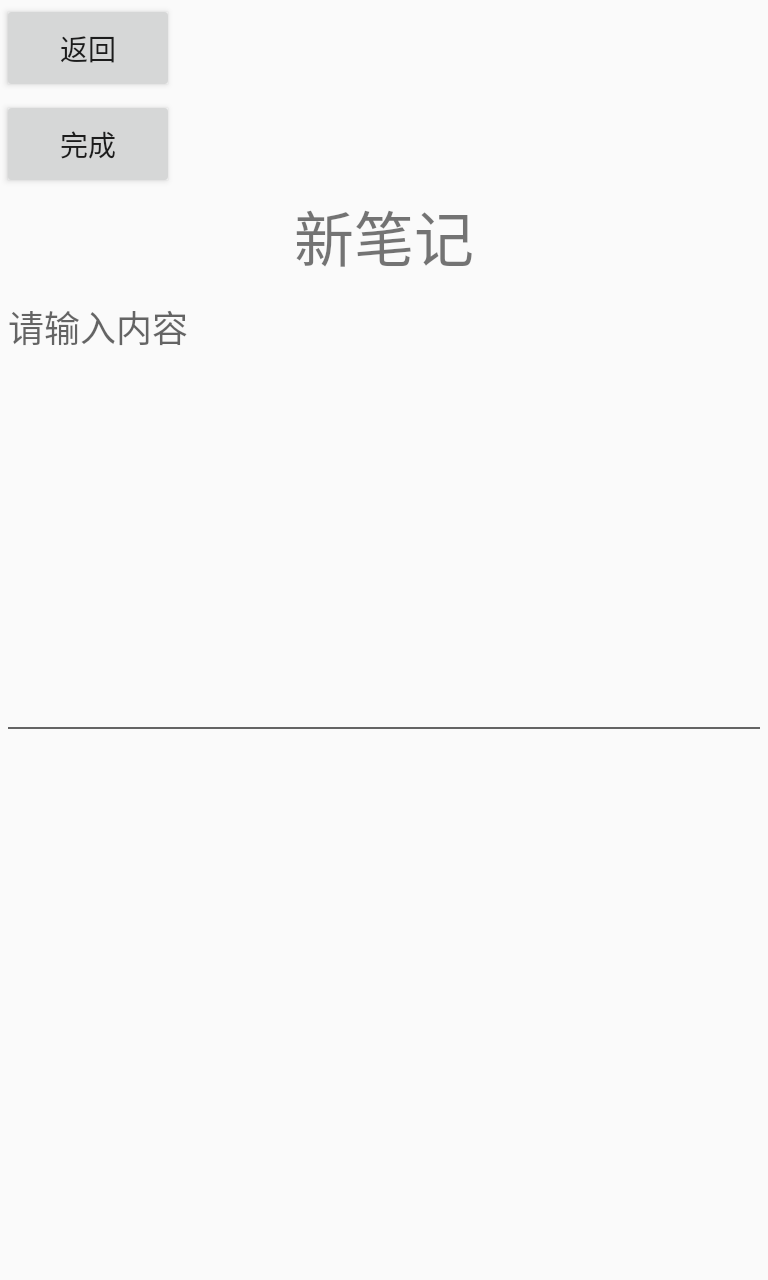
Repository: mxfpaul/Test
Layout: Note/MyNote2/res/layout/newnote.xml
The author's editor kept a copy of each file at every save. The layout is drawn from the files as they stood at one save, then again after the next save.
It is drawn on a 768 x 1280 px phone screen (xhdpi) without system bars, with theme AppTheme; the app's code is not run.

Above is the layout before, as saved 2014-11-22 03:08:37.

### Note/MyNote2/res/layout/newnote.xml
<?xml version="1.0" encoding="utf-8"?>
<LinearLayout xmlns:android="http://schemas.android.com/apk/res/android"
    android:layout_width="match_parent"
    android:layout_height="wrap_content"
    android:orientation="vertical" >

    <LinearLayout
        android:layout_width="match_parent"
        android:layout_height="wrap_content"
        android:orientation="horizontal"
        ></LinearLayout>
		<Button
		    android:id="@+id/new_button_setting"
		    android:layout_width="wrap_content"
		    android:layout_height="wrap_content"
		    android:text="@string/new_button_text1" />

        <Button
            android:id="@+id/new_button_new"
            android:layout_width="wrap_content"
            android:layout_height="wrap_content"
            android:text="@string/new_button_text2" />

        <TextView
            android:id="@+id/new_textview_all"
            android:layout_width="wrap_content"
            android:layout_height="wrap_content"
            android:layout_gravity="center"
            android:text="@string/new_textview_text"
            android:textSize="30sp" />

        <EditText
            android:id="@+id/new_edittext_content"
            android:layout_width="match_parent"
            android:layout_height="wrap_content"
            android:ems="10"
            android:gravity="top"
            android:hint="@string/new_edittext_text"
            android:lines="10" />

</LinearLayout>

### Note/MyNote2/res/values/strings.xml
<?xml version="1.0" encoding="utf-8"?>
<resources>

    <string name="app_name">MyNote2</string>
    <string name="hello_world">Hello world!</string>
    <string name="action_settings">Settings</string>
    <string name="home_button_text1">设置</string>
    <string name="home_button_text2">新建</string>
    <string name="home_textview_text">全部笔记</string>
    <string name="new_button_text1">返回</string>
    <string name="new_button_text2">完成</string>
    <string name="new_textview_text">新笔记</string>
    <string name="view_button_text1">返回</string>
    <string name="view_button_text2">更改</string>
    <string name="view_textview_text">待录入</string>
    <string name="new_edittext_text">请输入内容</string>

</resources>

Loaded but not shown: Note/MyNote2/res/values/styles.xml (common file); Note/MyNote2/res/values-v11/styles.xml (common file); Note/MyNote2/res/values-v14/styles.xml (common file)

After the next save:
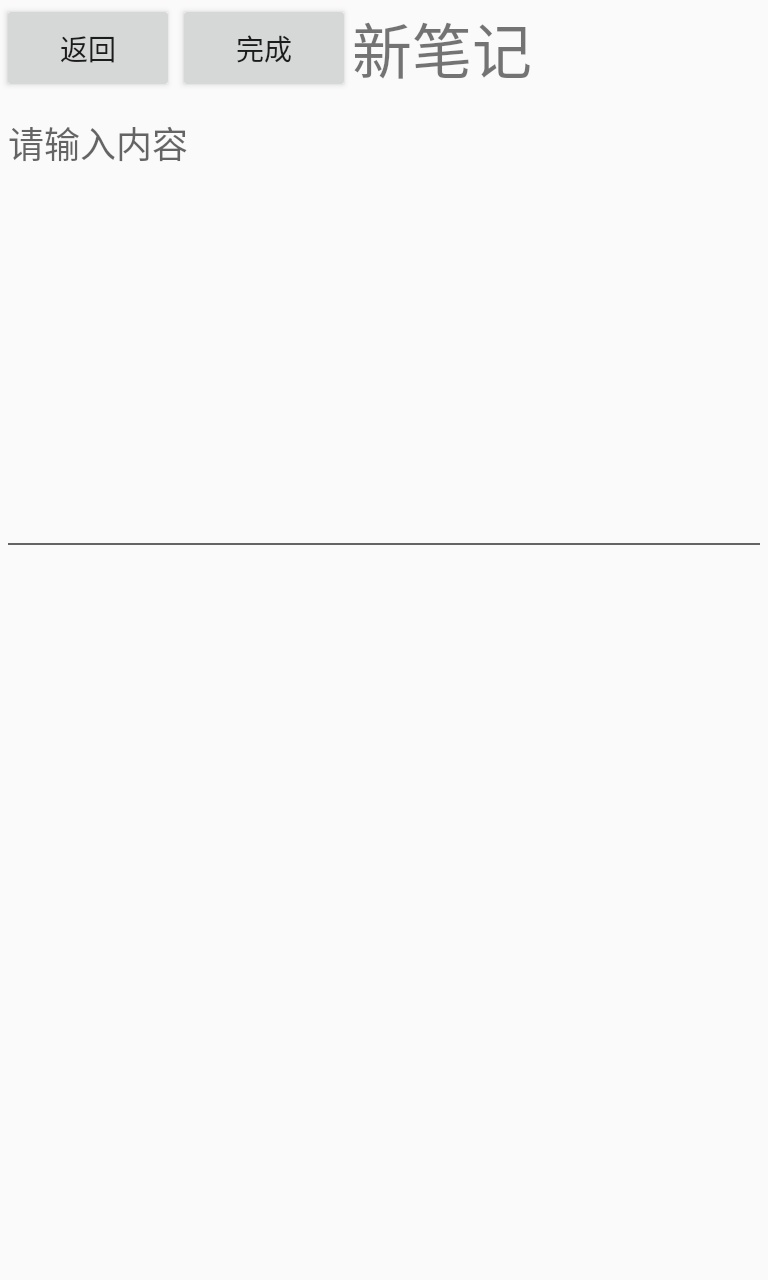
Saved 13 s later.
--- a/Note/MyNote2/res/layout/newnote.xml
+++ b/Note/MyNote2/res/layout/newnote.xml
@@ -8,8 +8,8 @@
         android:layout_width="match_parent"
         android:layout_height="wrap_content"
         android:orientation="horizontal"
-        ></LinearLayout>
-		<Button
+        >
+        <Button
 		    android:id="@+id/new_button_setting"
 		    android:layout_width="wrap_content"
 		    android:layout_height="wrap_content"
@@ -29,6 +29,9 @@
             android:text="@string/new_textview_text"
             android:textSize="30sp" />
 
+    </LinearLayout>
+
+
         <EditText
             android:id="@+id/new_edittext_content"
             android:layout_width="match_parent"
